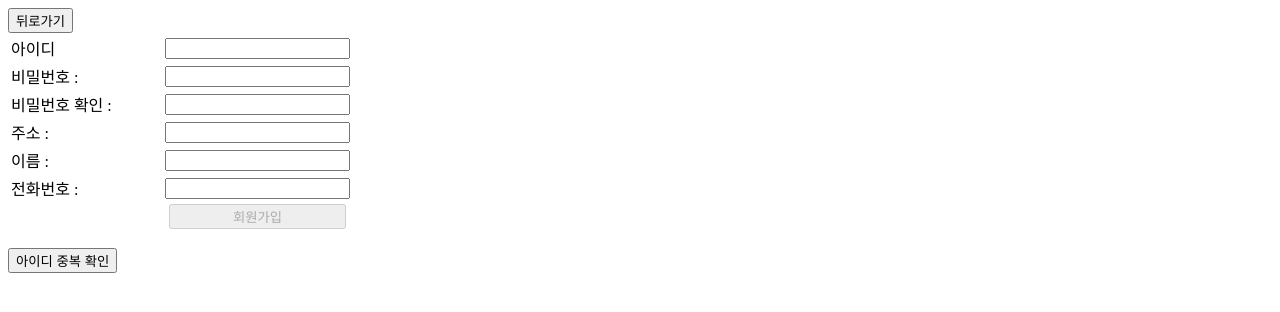
Repository: PSH-prog/var
Page: http://localhost/var/WEB-INF/user/join.jsp
These files come from the project's save history. The page is drawn as it stood at one moment and after the next save; the edit follows.
The browser window is 1280 px wide. The pictures show the whole page.
The page is served by Tomcat 9. Nobody is signed in. Other server files are loaded and not shown. The template is opened directly, without the code that normally fills it, so the values that code supplies are empty.

Above is the page before, as saved 2024-05-24 07:14:11.
Console error: SyntaxError: Unexpected token '=='

### var/src/main/webapp/WEB-INF/user/join.jsp
<%@ page language="java" contentType="text/html; charset=UTF-8" pageEncoding="UTF-8"%>
<%@ taglib uri="http://java.sun.com/jsp/jstl/core" prefix="c" %>
<%@ taglib prefix="fmt" uri="http://java.sun.com/jsp/jstl/fmt"%>
<html>
	<head>
		<title>회원 가입</title>
		<button onclick="history.back()" type="submit" >뒤로가기</button>
	</head>

	<script type="text/javascript">
		function checkForm(){

			let f = document.joinForm;

			if (f.userPass.value == f.userPassCheck.value) {
				alert("비밀번호 일치");
				return true;
			} else {
				alert("비밀번호가 불일치");
				return false;
			}
		}

		function idCheckForm(){

			let f = document.searchForm;
			const joinId = getParameterById("join")
			if (f.idCheck.value == "") {
				alert("아이디 필수");
				return false;
			} else if (${idCheckStt} == 1){
				alert("존재한 아이디");
				return false;
			} else {
				joinId.disabled = false;
			}
		}

	</script>
	<body>
		<form action="/var/join.do" name="joinForm" onsubmit="return checkForm()" method="get">
			<table>
				<tr>
					<td style='text-align:left;width:150px'>아이디</td>
					<td>
						<div class="form-group has-feedback">
							<input class="form-control" type="text" id="userId" name="userId" required/>
						</div>
					</td>
				</tr>
				<tr>
					<td style='text-align:left;width:150px'>비밀번호 :</td>
					<td>
						<div class="form-group has-feedback">
							<input class="form-control" type="password" id="userPass" name="userPass" required/>
						</div>
					</td>
				</tr>
				<tr>
					<td style='text-align:left;width:150px'>비밀번호 확인 :</td>
					<td>
						<div class="form-group has-feedback">
							<input class="form-control" type="password" id="userPassCheck" name="userPassCheck" required/>
						</div>
					</td>
				</tr>
				<tr>
					<td style='text-align:left;width:150px'>주소 :</td>
					<td>
						<div class="form-group has-feedback">
							<input class="form-control" id="userAddr" name="userAddr" required/>
						</div>
					</td>
				</tr>
				<tr>
					<td style='text-align:left;width:150px'>이름 :</td>
					<td>
						<div class="form-group has-feedback">
							<input class="form-control" id="userName" name="userName" required/>
						</div>
					</td>
				</tr>
				<tr>
					<td style='text-align:left;width:150px'>전화번호 :</td>
					<td>
						<div class="form-group has-feedback">
							<input class="form-control" id="userCall" name="userCall" required/>
						</div>
					</td>
				</tr>
				<tr>
					<td></td>
					<td style='text-align:center'>
						<div class="form-group has-feedback">
							<button class="btn btn-success" type="submit" id="join" style='width:177px' disabled>회원가입</button>
						</div>
					</td>
				</tr>
			</table>
		</form>

		<form action="/var/idChk" name="searchForm" onsubmit="return idCheckForm()" method="get">
			<div class="form-group has-feedback">
				<button class="btn btn-success" type="submit" id="idCheck">아이디 중복 확인</button>
			</div>
		</form>
	</body>

</html>

After the next save:
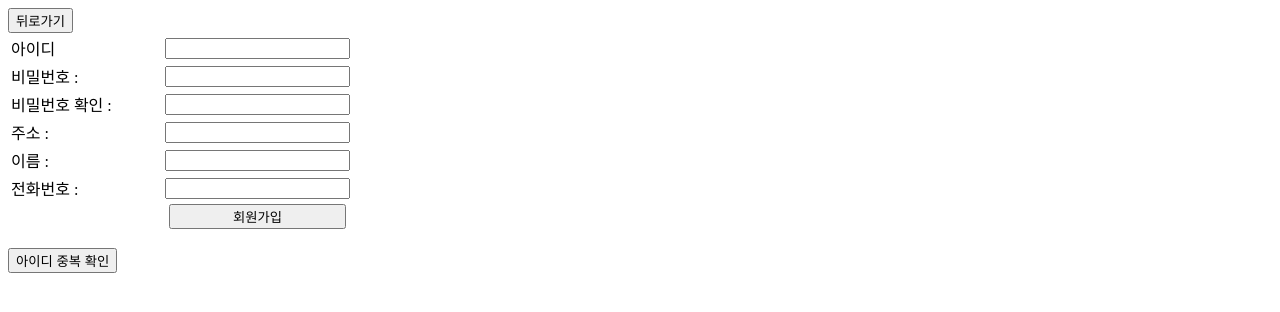
Saved 8 s later.
--- a/var/src/main/webapp/WEB-INF/user/join.jsp
+++ b/var/src/main/webapp/WEB-INF/user/join.jsp
@@ -92,7 +92,7 @@
 					<td></td>
 					<td style='text-align:center'>
 						<div class="form-group has-feedback">
-							<button class="btn btn-success" type="submit" id="join" style='width:177px' disabled>회원가입</button>
+							<button class="btn btn-success" type="submit" id="join" style='width:177px'>회원가입</button>
 						</div>
 					</td>
 				</tr>
